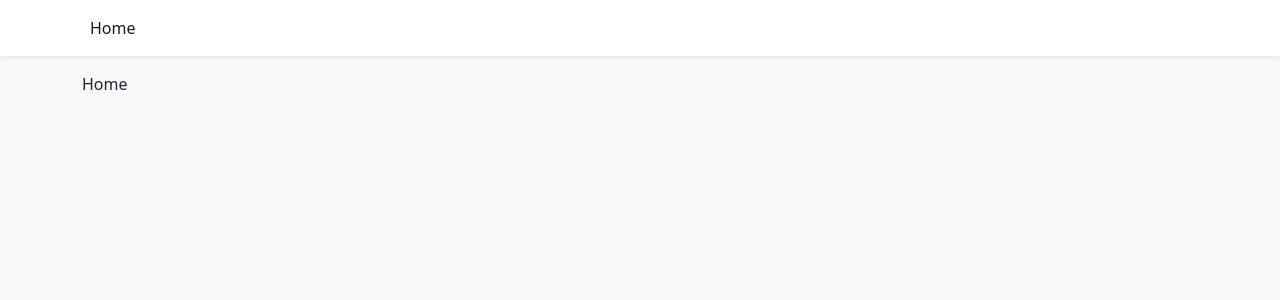
Repository: MoNasr2022/shopping-cart
Page: /
These files come from the project's save history. The page is drawn as it stood at one moment and after the next save; the edit follows.
The browser window is 1280 px wide. The pictures show the whole page.
The project was rebuilt for these pictures with package versions that can differ from the ones it lists, and the page was loaded fresh each time. Also part of the build but not shown: vite.config.ts, src/pages/Store.tsx, src/pages/About.tsx.

Above is the page before, as saved 2023-04-17 01:25:29.

### index.html
<!DOCTYPE html>
<html lang="en">
  <head>
    <meta charset="UTF-8" />
    <link rel="icon" type="image/svg+xml" href="/vite.svg" />
    <meta name="viewport" content="width=device-width, initial-scale=1.0" />
    <title>Nasr Shopping Cart</title>
  </head>
  <body class="bg-light">
    <div id="root"></div>
    <script type="module" src="/src/main.tsx"></script>
  </body>
</html>

### src/App.tsx
import { Routes, Route } from "react-router-dom";
import { Container } from "react-bootstrap";
import Home from "./pages/Home";
import Store from "./pages/Store";
import About from "./pages/About";
import Navbar from "./components/Navbar";

function App() {
  return (
    <>
      <Navbar />
      <Container className="mb-4">
        <Routes>
          <Route path="/" element={<Home />} />
          <Route path="/store" element={<Store />} />
          <Route path="/about" element={<About />} />
        </Routes>
      </Container>
    </>
  );
}

export default App;

### src/pages/Home.tsx


export default function Home () {
  return (
    <div>Home</div>
  )
}

### src/components/Navbar.tsx
import { Navbar as NavbarB } from "react-bootstrap";
import { Container, Nav } from "react-bootstrap";
import { NavLink } from "react-router-dom";



export default function Navbar() {
  return (
    <NavbarB className="bg-white shadow-sm mb-3">
          <Container>
              <Nav>
                  <Nav.Link as={NavLink} to="/" > Home</Nav.Link>

              </Nav>
      </Container>
    </NavbarB>
  );
}

Loaded but not shown: src/main.tsx (common file)

After the next save:
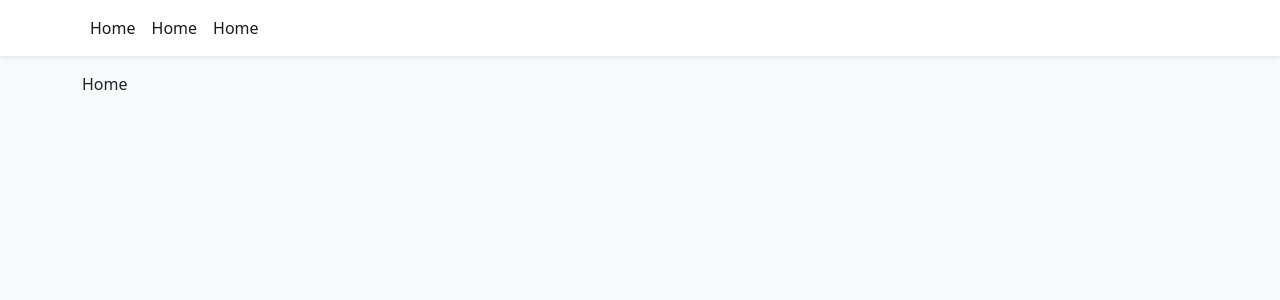
Saved 17 s later.
--- a/src/components/Navbar.tsx
+++ b/src/components/Navbar.tsx
@@ -10,6 +10,8 @@ export default function Navbar() {
           <Container>
               <Nav>
                   <Nav.Link as={NavLink} to="/" > Home</Nav.Link>
+                  <Nav.Link as={NavLink} to="/" > Home</Nav.Link>
+                  <Nav.Link as={NavLink} to="/" > Home</Nav.Link>
 
               </Nav>
       </Container>
